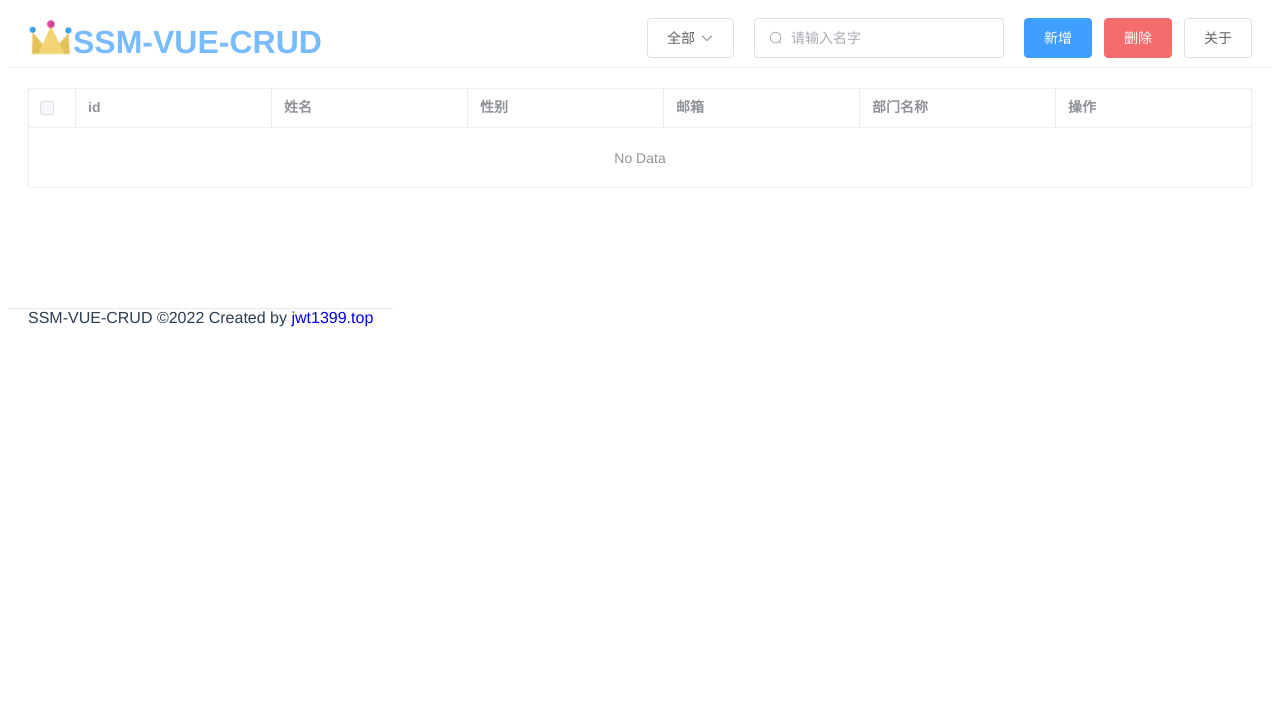
Repository: jwt1399/ssm-vue-crud
Page: / (app in ssm-crud-front/)
An editor plug-in stored every save of this project. The page is shown before and after the next save, followed by the edit.
The browser window is 1280 px wide. The pictures show the whole page.
The project was rebuilt for these pictures with package versions that can differ from the ones it lists, and the page was loaded fresh each time. Also part of the build but not shown: ssm-crud-front/vue.config.js.

Above is the page before, as saved 2022-06-09 12:52:16.

### ssm-crud-front/public/index.html
<!DOCTYPE html>
<html lang="zh-Hans">
  <head>
    <meta charset="utf-8">
    <meta http-equiv="X-UA-Compatible" content="IE=edge">
    <meta name="viewport" content="width=device-width,initial-scale=1.0">
    <link rel="icon" href="<%= BASE_URL %>favicon.png">
    <title><%= htmlWebpackPlugin.options.title %></title>
  </head>
  <body>
    <noscript>
      <strong>We're sorry but <%= htmlWebpackPlugin.options.title %> doesn't work properly without JavaScript enabled. Please enable it to continue.</strong>
    </noscript>
    <div id="app"></div>
    <!-- built files will be auto injected -->
  </body>
</html>

### ssm-crud-front/src/main.js
import { createApp } from 'vue'
import App from './App.vue'
import router from './router'
import ElementPlus from 'element-plus'
import 'element-plus/dist/index.css'
import * as ElementPlusIconsVue from '@element-plus/icons-vue'

const app = createApp(App)

//配置全局icon
for (const [key, component] of Object.entries(ElementPlusIconsVue)) {
    app.component(key, component)
  }

app.use(router).use(ElementPlus).mount('#app')

### ssm-crud-front/src/App.vue
<template>
  <Header/>
  <router-view/>
  <Footer/>
</template>

<script>
import Header from '@/components/Header.vue'
import Footer from '@/components/Footer.vue'
export default {
    components: {
        Header,
        Footer,
    }
}
</script>

<style>
#app {
  font-family: Avenir, Helvetica, Arial, sans-serif;
  -webkit-font-smoothing: antialiased;
  -moz-osx-font-smoothing: grayscale;
  text-align: center;
  color: #2c3e50;
}
</style>

### ssm-crud-front/src/router/index.js
import { createRouter, createWebHashHistory } from 'vue-router'
import CrudView from '../views/CrudView.vue'
const routes = [
  {
    path: '/',
    name: 'home',
    component: CrudView
  },
  {
    path: '/about',
    name: 'about',
    // route level code-splitting
    // this generates a separate chunk (about.[hash].js) for this route
    // which is lazy-loaded when the route is visited.
    component: () => import(/* webpackChunkName: "about" */ '../views/AboutView.vue')
  }
]

const router = createRouter({
  history: createWebHashHistory(),
  routes
})

export default router

### ssm-crud-front/src/components/Header.vue
<template>
 <el-header class="header">
    <div class="nav">
        <a href="/" class="nav-link">
            <img src="../assets/favicon.png" alt="logo" class="nav-logo">
            <h1 class="nav-title ">SSM-VUE-CRUD</h1>
        </a>
    </div>
    <div class="nav-item">
        <el-dropdown>
            <el-button size="large">
                全部
                <el-icon class="el-icon--right">
                    <arrow-down />
                </el-icon>
            </el-button>
            <template #dropdown>
                <el-dropdown-menu>
                    <el-dropdown-item>Action 1</el-dropdown-item>
                    <el-dropdown-item>Action 2</el-dropdown-item>
                </el-dropdown-menu>
            </template>
        </el-dropdown>

        <div class="nav-search">
            <el-input
            placeholder="请输入名字"
            v-model="search"
            size="large"
            @change="searchChange"
            clearable >
                <template #prefix>
                    <el-icon class="el-input__icon"><search /></el-icon>
                </template>
            </el-input>

        </div>
        <el-button type="primary" size="large" @click="addEmployee()">新增</el-button>
        <el-button type="danger" size="large" @click="batchDeleteEmployee()">删除</el-button>
        <!-- <router-link to='/about'> -->
        <el-button type="default" size="large" @click="skipAbout()">关于</el-button>
        <!-- </router-link> -->
    </div>
</el-header>
</template>

<script>
import { useRouter } from 'vue-router'

export default {
    name: 'Header',
    setup() {
        const router = useRouter()
        const skipAbout = ()=>{
        // window.location.href='#/about';
        // router.push({path:'about'})
        router.push({ name: 'about'})
        }
        return {
            skipAbout,
        }
    },

}


</script>



<style scoped>
.nav-logo {
	height: 45px;
	width: 45px;
	vertical-align: middle;
	display: inline-block;
}

.nav-title {
	font-size: 2rem;
	display: inline-block;
	vertical-align: middle;
	color: #79bbff;
	padding-top: 10px;
}

.nav-item {
	display: flex;
	align-items: center;
}

.nav-search {
	width: 250px;
	margin: 0 20px;
}

.header {
	display: flex;
	align-items: center;
	justify-content: space-between;
	width: 100%;
	border-bottom: 1px solid #eee;
	min-width: 800px;
}



</style>

### ssm-crud-front/src/components/Footer.vue
<template>
<el-footer class="footer">
    <span>SSM-VUE-CRUD ©2022 Created by </span>
    <a href="https://jwt1399.top" style="text-decoration: none;"> jwt1399.top</a>
 </el-footer>
</template>


<script>
export default{
    name:'Footer',
}
</script>

 <style scoped>
.footer {
    text-align: center;
    position: relative;
     margin-top: 60px; /*等于footer的高度 */
    height: 60px;
    /* background: #79bbff; */
    border-top:1px solid #E7E7E7;
    position: fixed;
}

</style>

### ssm-crud-front/src/views/CrudView.vue
<template>
    <Form/>
</template>


<script>
import Form from '@/components/Form.vue'
export default {
    name: 'CrudView',
    components: {
        Form,
    }
}
</script>

### ssm-crud-front/src/components/Form.vue
  <template>
    <el-main>
        <div class="data-table">
            <el-table :data="employeeList" border style="width: 100%" v-loading="loading"
                @selection-change="handleSelectionChange">
                <el-table-column type="selection"></el-table-column>
                <el-table-column prop="empId" label="id"></el-table-column>
                <el-table-column prop="empName" label="姓名"></el-table-column>
                <el-table-column prop="gender" label="性别" :formatter="formatterSex"></el-table-column>
                <el-table-column prop="email" label="邮箱"></el-table-column>
                <el-table-column prop="department.deptName" label="部门名称"></el-table-column>

                <el-table-column label="操作">
                    <el-button type="primary" size="large" :icon="Edit" @click="handleEdit(scope.$index, scope.row)"
                        circle>
                    </el-button>

                    <el-button type="danger" size="large" :icon="Delete" @click="handleDelete(scope.$index, scope.row)"
                        circle>
                    </el-button>
                </el-table-column>
            </el-table>
        </div>
        <div class="table-pagination">
            <el-pagination v-model:current-page="pageNum" v-model:page-size="pageSize" :page-sizes="[5, 10, 15, 20]"
                :small="small" :disabled="disabled" :background="background"
                layout="total, sizes, prev, pager, next, jumper" :total="total" @size-change="handleSizeChange"
                @current-change="handleCurrentChange" />
        </div>
    </el-main>

</template>

<script>
export default {
    name:'Form'
}
</script>



<style scoped>
.table-pagination {
	display: flex;
	justify-content: center;
	padding: 20px;
}

</style>

After the next save:
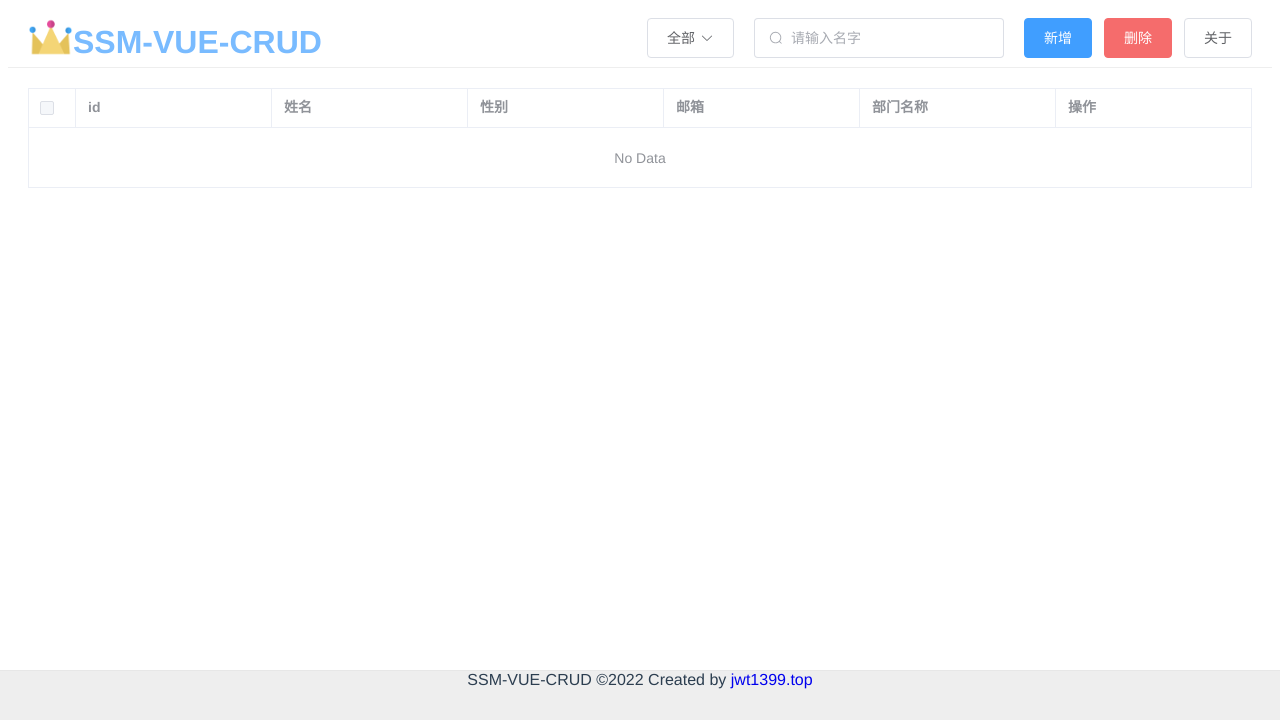
Saved 26 s later.
--- a/ssm-crud-front/src/components/Footer.vue
+++ b/ssm-crud-front/src/components/Footer.vue
@@ -20,7 +20,14 @@ export default{
     height: 60px;
     /* background: #79bbff; */
     border-top:1px solid #E7E7E7;
+
     position: fixed;
+            left: 0px;
+            bottom: 0px;
+            width: 100%;
+            height: 50px;
+            background-color: #eee;
+            z-index: 9999;
 }
 
 </style>
